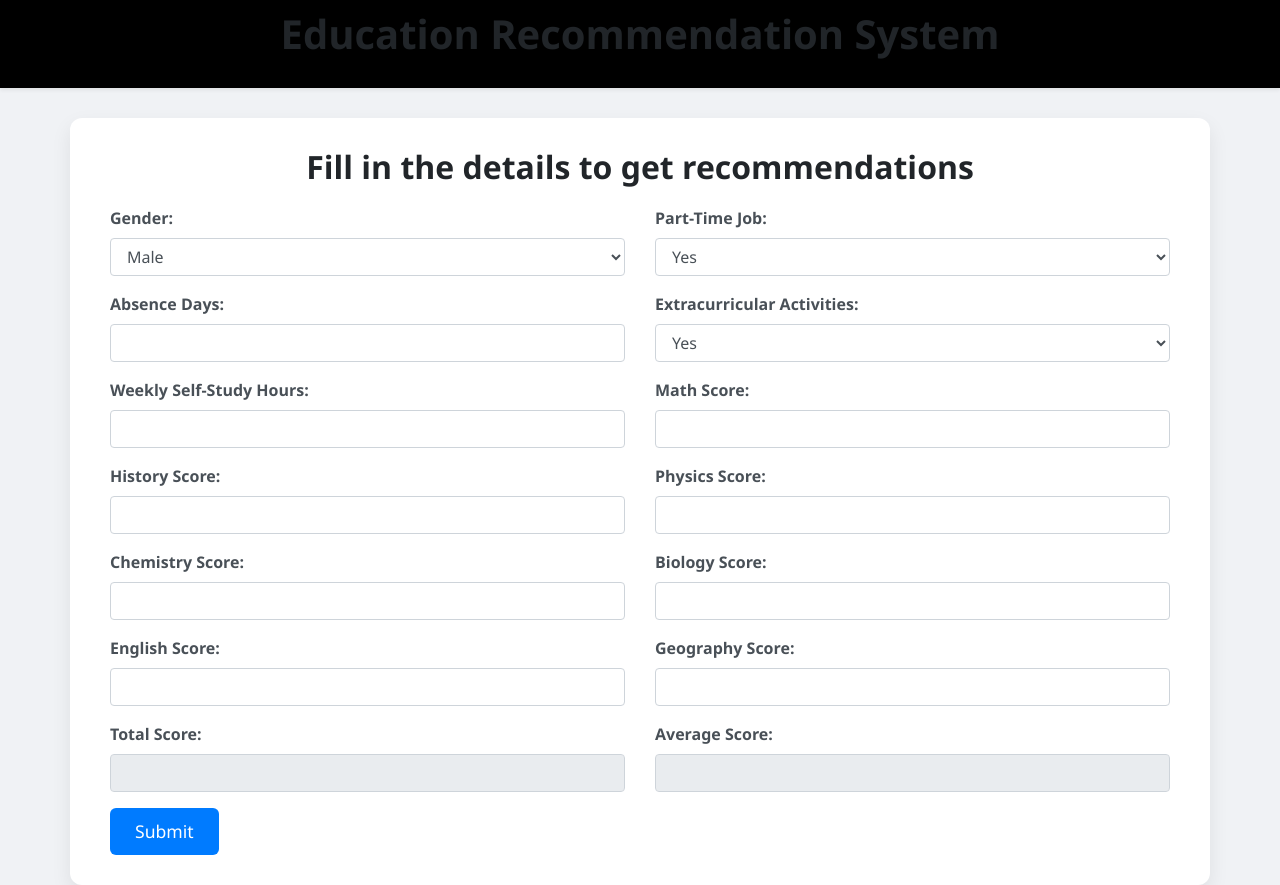
Repository: Srikeerthi05/Smart-career-guidance-system
Page: http://localhost/recommend
An editor plug-in stored every save of this project. The page is shown before and after the next save, followed by the edit.
The browser window is 1280 px wide. The pictures show the whole page.
The page is served by the project's application, run on Flask 3 (app.py).

Above is the page before, as saved 2025-06-01 18:50:07.

### templates/recommend.html
<!DOCTYPE html>
<html lang="en">
<head>
    <meta charset="UTF-8">
    <meta name="viewport" content="width=device-width, initial-scale=1.0">
    <title>Studies Recommendation</title>
    <link rel="stylesheet" href="https://maxcdn.bootstrapcdn.com/bootstrap/4.5.2/css/bootstrap.min.css">
    <style>
       body {
    background-color: #f0f2f5;  /* softer light background */
    font-family: 'Segoe UI', Tahoma, Geneva, Verdana, sans-serif;
    color: #222;
}

.mynav {
    background-color: #343a40; /* dark gray/navy instead of black for modern feel */
    color: #fff;
    font-weight: 600;
    padding: 15px 0;
    box-shadow: 0 2px 6px rgba(0,0,0,0.2);
    margin-bottom: 30px;
}

h1, h2 {
    font-weight: 700;
    color: #212529;
    margin-bottom: 20px;
}

.form-control:focus {
    border-color: #007bff;
    box-shadow: 0 0 8px rgba(0,123,255,0.3);
}

.btn-primary {
    background-color: #007bff;
    border: none;
    padding: 10px 25px;
    font-size: 1.1rem;
    transition: background-color 0.3s ease;
    border-radius: 6px;
}

.btn-primary:hover {
    background-color: #0056b3;
}

.form-group label {
    font-weight: 600;
    color: #495057;
}

/* Add subtle shadows and rounded corners for containers */
.container {
    background-color: #fff;
    padding: 30px 40px;
    border-radius: 12px;
    box-shadow: 0 8px 20px rgba(0, 0, 0, 0.08);
}
body {
    background-color: #f0f2f5;  /* softer light background */
    font-family: 'Segoe UI', Tahoma, Geneva, Verdana, sans-serif;
    color: #222;
}

.mynav {
    background-color: #343a40; /* dark gray/navy instead of black for modern feel */
    color: #fff;
    font-weight: 600;
    padding: 15px 0;
    box-shadow: 0 2px 6px rgba(0,0,0,0.2);
    margin-bottom: 30px;
}

h1, h2 {
    font-weight: 700;
    color: #212529;
    margin-bottom: 20px;
}

.form-control:focus {
    border-color: #007bff;
    box-shadow: 0 0 8px rgba(0,123,255,0.3);
}

.btn-primary {
    background-color: #007bff;
    border: none;
    padding: 10px 25px;
    font-size: 1.1rem;
    transition: background-color 0.3s ease;
    border-radius: 6px;
}

.btn-primary:hover {
    background-color: #0056b3;
}

.form-group label {
    font-weight: 600;
    color: #495057;
}

/* Add subtle shadows and rounded corners for containers */
.container {
    background-color: #fff;
    padding: 30px 40px;
    border-radius: 12px;
    box-shadow: 0 8px 20px rgba(0, 0, 0, 0.08);
}

    </style>
    <script>
        function calculateScores() {
            var mathScore = parseFloat(document.getElementById("math_score").value);
            var historyScore = parseFloat(document.getElementById("history_score").value);
            var physicsScore = parseFloat(document.getElementById("physics_score").value);
            var chemistryScore = parseFloat(document.getElementById("chemistry_score").value);
            var biologyScore = parseFloat(document.getElementById("biology_score").value);
            var englishScore = parseFloat(document.getElementById("english_score").value);
            var geographyScore = parseFloat(document.getElementById("geography_score").value);

            var totalScore = mathScore + historyScore + physicsScore + chemistryScore + biologyScore + englishScore + geographyScore;
            var averageScore = totalScore / 7;

            document.getElementById("total_score").value = totalScore.toFixed(2);
            document.getElementById("average_score").value = averageScore.toFixed(2);
        }
    </script>
</head>
<body>
<div class="mynav shadow-sm" style="background:black; color:white;font-weight:bold; padding:10px;width:100%;">
        <h1 class="text-center">Education Recommendation System</h1>
    </div>
<div class="container">
    <h2 class="text-center">Fill in the details to get recommendations</h2>
    <form method="post" action="/pred">
        <div class="row">
            <div class="col-md-6">
                <div class="form-group">
                    <label for="gender">Gender:</label>
                    <select class="form-control" id="gender" name="gender">
                        <option value="male">Male</option>
                        <option value="female">Female</option>
                    </select>
                </div>
            </div>
            <div class="col-md-6">
                <div class="form-group">
                    <label for="part_time_job">Part-Time Job:</label>
                    <select class="form-control" id="part_time_job" name="part_time_job">
                        <option value="true">Yes</option>
                        <option value="false">No</option>
                    </select>
                </div>
            </div>
        </div>
        <div class="row">
            <div class="col-md-6">
                <div class="form-group">
                    <label for="absence_days">Absence Days:</label>
                    <input type="number" class="form-control" id="absence_days" name="absence_days">
                </div>
            </div>
            <div class="col-md-6">
                <div class="form-group">
                    <label for="extracurricular_activities">Extracurricular Activities:</label>
                    <select class="form-control" id="extracurricular_activities" name="extracurricular_activities">
                        <option value="true">Yes</option>
                        <option value="false">No</option>
                    </select>
                </div>
            </div>
        </div>
        <div class="row">
            <div class="col-md-6">
                <div class="form-group">
                    <label for="weekly_self_study_hours">Weekly Self-Study Hours:</label>
                    <input type="number" class="form-control" id="weekly_self_study_hours" name="weekly_self_study_hours">
                </div>
            </div>
            <div class="col-md-6">
                <div class="form-group">
                    <label for="math_score">Math Score:</label>
                    <input type="number" class="form-control" id="math_score" name="math_score" onchange="calculateScores()">
                </div>
            </div>
        </div>
        <div class="row">
            <div class="col-md-6">
                <div class="form-group">
                    <label for="history_score">History Score:</label>
                    <input type="number" class="form-control" id="history_score" name="history_score" onchange="calculateScores()">
                </div>
            </div>
            <div class="col-md-6">
                <div class="form-group">
                    <label for="physics_score">Physics Score:</label>
                    <input type="number" class="form-control" id="physics_score" name="physics_score" onchange="calculateScores()">
                </div>
            </div>
        </div>
        <div class="row">
            <div class="col-md-6">
                <div class="form-group">
                    <label for="chemistry_score">Chemistry Score:</label>
                    <input type="number" class="form-control" id="chemistry_score" name="chemistry_score" onchange="calculateScores()">
                </div>
            </div>
            <div class="col-md-6">
                <div class="form-group">
                    <label for="biology_score">Biology Score:</label>
                    <input type="number" class="form-control" id="biology_score" name="biology_score" onchange="calculateScores()">
                </div>
            </div>
        </div>
        <div class="row">
            <div class="col-md-6">
                <div class="form-group">
                    <label for="english_score">English Score:</label>
                    <input type="number" class="form-control" id="english_score" name="english_score" onchange="calculateScores()">
                </div>
            </div>
            <div class="col-md-6">
                <div class="form-group">
                    <label for="geography_score">Geography Score:</label>
                    <input type="number" class="form-control" id="geography_score" name="geography_score" onchange="calculateScores()">
                </div>
            </div>
        </div>
        <div class="row">
            <div class="col-md-6">
                <div class="form-group">
                    <label for="total_score">Total Score:</label>
                    <input type="number" class="form-control" id="total_score" name="total_score" readonly>
                </div>
            </div>
            <div class="col-md-6">
                <div class="form-group">
                    <label for="average_score">Average Score:</label>
                    <input type="number" step="0.000001" class="form-control" id="average_score" name="average_score" readonly>
                </div>
            </div>
        </div>
        <!-- Add more form fields here as needed -->

        <button type="submit" class="btn btn-primary">Submit</button>
    </form>
</div>

</body>
</html>

### app.py
# pip install scikit-learn==1.3.2
# pip install numpy
# pip install flask


# load packages==============================================================
from flask import Flask, render_template, request
import pickle
import numpy as np

app = Flask(__name__)

# Load the scaler, label encoder, model, and class names=====================
scaler = pickle.load(open("scaler.pkl", 'rb'))
model = pickle.load(open("model.pkl", 'rb'))
class_names = ['Lawyer', 'Doctor', 'Government Officer', 'Artist', 'Unknown',
               'Software Engineer', 'Teacher', 'Business Owner', 'Scientist',
               'Banker', 'Writer', 'Accountant', 'Designer',
               'Construction Engineer', 'Game Developer', 'Stock Investor',
               'Real Estate Developer']

# Recommendations ===========================================================
def Recommendations(gender, part_time_job, absence_days, extracurricular_activities,
                    weekly_self_study_hours, math_score, history_score, physics_score,
                    chemistry_score, biology_score, english_score, geography_score,
                    total_score, average_score):

    if total_score == 0 or average_score == 0:
        return [("Insufficient academic data", 0.0)]

    # Encode categorical variables
    gender_encoded = 1 if gender.lower() == 'female' else 0
    part_time_job_encoded = 1 if part_time_job else 0
    extracurricular_activities_encoded = 1 if extracurricular_activities else 0

    # Create feature array
    feature_array = np.array([[gender_encoded, part_time_job_encoded, absence_days, extracurricular_activities_encoded,
                               weekly_self_study_hours, math_score, history_score, physics_score,
                               chemistry_score, biology_score, english_score, geography_score, total_score,
                               average_score]])

    # Scale features
    scaled_features = scaler.transform(feature_array)

    # Predict using the model
    probabilities = model.predict_proba(scaled_features)

    # Map predictions to class names with probabilities
    predictions = [(class_names[idx], probabilities[0][idx] * 100) for idx in np.argsort(-probabilities[0])]

    # Filter out 'Unknown'
    filtered = [(name, prob) for name, prob in predictions if name.lower() != 'unknown']

    # Return top 3 (or fewer if limited)
    return filtered[:3]



@app.route('/')
def home():
    return render_template('home.html')

@app.route('/recommend')
def recommend():
    return render_template('recommend.html')

@app.route('/pred', methods=['POST','GET'])
def pred():
    if request.method == 'POST':
        gender = request.form['gender']
        part_time_job = request.form['part_time_job'] == 'true'
        absence_days = int(request.form['absence_days'])
        extracurricular_activities = request.form['extracurricular_activities'] == 'true'
        weekly_self_study_hours = int(request.form['weekly_self_study_hours'])
        math_score = int(request.form['math_score'])
        history_score = int(request.form['history_score'])
        physics_score = int(request.form['physics_score'])
        chemistry_score = int(request.form['chemistry_score'])
        biology_score = int(request.form['biology_score'])
        english_score = int(request.form['english_score'])
        geography_score = int(request.form['geography_score'])
        total_score = float(request.form['total_score'])
        average_score = float(request.form['average_score'])

        recommendations = Recommendations(gender, part_time_job, absence_days, extracurricular_activities,
                                          weekly_self_study_hours, math_score, history_score, physics_score,
                                          chemistry_score, biology_score, english_score, geography_score,
                                          total_score, average_score)

        return render_template('results.html', recommendations=recommendations)
    return render_template('home.html')


if __name__ == '__main__':
    app.run(debug=True)

After the next save:
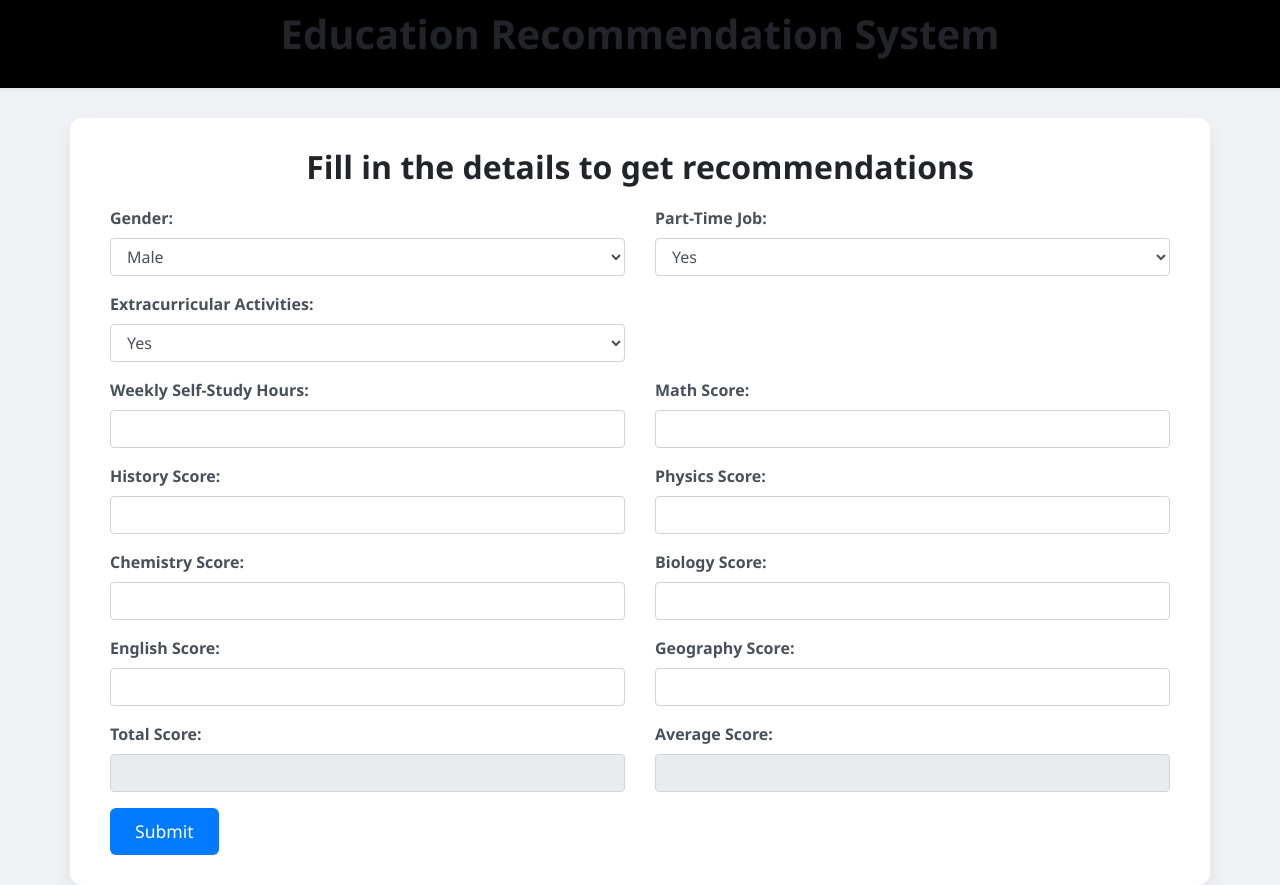
Saved 6 min 46 s later.
--- a/templates/recommend.html
+++ b/templates/recommend.html
@@ -156,12 +156,7 @@ h1, h2 {
             </div>
         </div>
         <div class="row">
-            <div class="col-md-6">
-                <div class="form-group">
-                    <label for="absence_days">Absence Days:</label>
-                    <input type="number" class="form-control" id="absence_days" name="absence_days">
-                </div>
-            </div>
+
             <div class="col-md-6">
                 <div class="form-group">
                     <label for="extracurricular_activities">Extracurricular Activities:</label>
